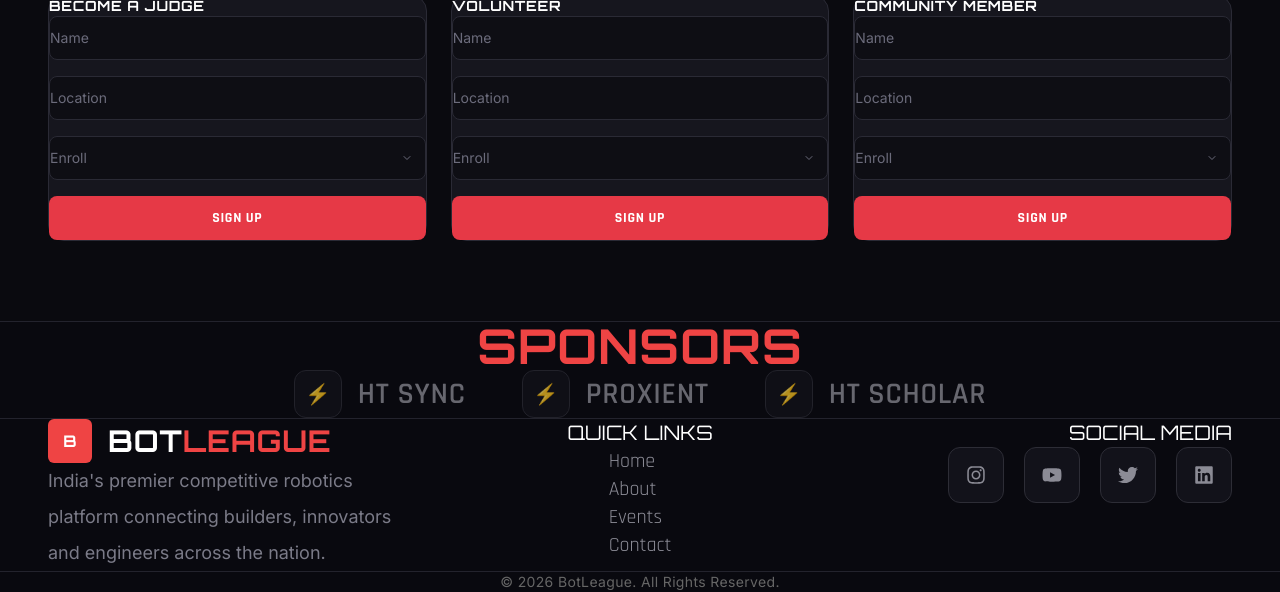
Repository: Debkumar04/botmakers-ai-shopping-assistant
Page: /
An editor plug-in stored every save of this project. The page is shown before and after the next save, followed by the edit.
The browser window is 1280 px wide. The pictures show the part of the page from y = 3354 to 4306 px (the page is 3946 px tall before and 4306 px after).
The project was rebuilt for these pictures with package versions that can differ from the ones it lists, and the page was loaded fresh each time. Also part of the build but not shown: vite.config.ts.

Above is the page before, as saved 2026-07-24 09:26:31.

### index.html
<!doctype html>
<html lang="en">
  <head>
    <meta charset="UTF-8" />
    <link rel="icon" type="image/svg+xml" href="/vite.svg" />
    <meta name="viewport" content="width=device-width, initial-scale=1.0" />
    <meta name="description" content="BotLeague - India's Ultimate Robotics Arena. Build, Compete, and Rise in the world of competitive robotics." />
    <title>BotLeague - India's Ultimate Robotics Arena</title>
    <link rel="preconnect" href="https://fonts.googleapis.com" />
    <link rel="preconnect" href="https://fonts.gstatic.com" crossorigin />
    <link href="https://fonts.googleapis.com/css2?family=Orbitron:wght@400;500;600;700;800;900&family=Rajdhani:wght@300;400;500;600;700&family=Inter:wght@300;400;500;600;700&display=swap" rel="stylesheet" />
  </head>
  <body>
    <div id="root"></div>
    <script type="module" src="/src/main.tsx"></script>
  </body>
</html>

### src/index.css
@import "tailwindcss";

@theme {
  --font-orbitron: "Orbitron", sans-serif;
  --font-rajdhani: "Rajdhani", sans-serif;
  --font-inter: "Inter", sans-serif;
  --color-bg-primary: #0a0a0f;
  --color-bg-secondary: #111118;
  --color-bg-card: #16161e;
  --color-bg-card-hover: #1e1e28;
  --color-accent: #e63946;
  --color-accent-dark: #b71c2a;
  --color-accent-glow: rgba(230, 57, 70, 0.3);
  --color-text-primary: #ffffff;
  --color-text-secondary: #a0a0b0;
  --color-text-muted: #6b6b7b;
  --color-border: #2a2a35;
  --color-border-accent: #e63946;
}

* {
  margin: 0;
  padding: 0;
  box-sizing: border-box;
}

body {
  font-family: "Inter", sans-serif;
  background-color: #0a0a0f;
  color: #ffffff;
  overflow-x: hidden;
}

::-webkit-scrollbar {
  width: 6px;
}

::-webkit-scrollbar-track {
  background: #0a0a0f;
}

::-webkit-scrollbar-thumb {
  background: #e63946;
  border-radius: 3px;
}

::selection {
  background: rgba(230, 57, 70, 0.4);
  color: #ffffff;
}

.page-container {
  max-width: 1280px;
  margin-left: auto;
  margin-right: auto;
  padding-left: 20px;
  padding-right: 20px;
}

@media (min-width: 768px) {
  .page-container {
    padding-left: 32px;
    padding-right: 32px;
  }
}

@media (min-width: 1024px) {
  .page-container {
    padding-left: 48px;
    padding-right: 48px;
  }
}

.section-py {
  padding-top: 48px;
  padding-bottom: 48px;
}

@media (min-width: 768px) {
  .section-py {
    padding-top: 64px;
    padding-bottom: 64px;
  }
}

@media (min-width: 1024px) {
  .section-py {
    padding-top: 80px;
    padding-bottom: 80px;
  }
}

.btn-primary {
  height: 44px;
  padding-left: 24px;
  padding-right: 24px;
  border-radius: 10px;
  transition: all 300ms cubic-bezier(0.4, 0, 0.2, 1);
}

.btn-primary:hover {
  transform: translateY(-2px);
}

.btn-secondary {
  height: 44px;
  padding-left: 24px;
  padding-right: 24px;
  border-radius: 10px;
  transition: all 300ms cubic-bezier(0.4, 0, 0.2, 1);
}

.btn-secondary:hover {
  transform: translateY(-2px);
}

.card-base {
  border-radius: 16px;
  border-color: #2a2a35;
  transition: all 300ms cubic-bezier(0.4, 0, 0.2, 1);
}

.page-container {
    max-width: 1280px;
    margin-inline: auto;
    padding-inline: 48px;
}

@media (max-width: 1024px) {
  .page-container {
    padding-inline: 32px;
  }
}

@media (max-width: 768px) {
  .page-container {
    padding-inline: 20px;
  }
}

### src/App.tsx
import Navbar from "./components/layout/Navbar";
import Footer from "./components/layout/Footer";
import Hero from "./components/sections/Hero";
import Competitions from "./components/sections/Competitions";
import PathToLeague from "./components/sections/PathToLeague";
import WhatIsBotLeague from "./components/sections/WhatIsBotLeague";
import Categories from "./components/sections/Categories";
import Disciplines from "./components/sections/Disciplines";
import WhyRegister from "./components/sections/WhyRegister";
import JoinEcosystem from "./components/sections/JoinEcosystem";

export default function App() {
  return (
    <div className="min-h-screen bg-[#0a0a0f]">
      <Navbar />
      <main>
        <Hero />
        <Competitions />
        <PathToLeague />
        <WhatIsBotLeague />
        <Categories />
        <Disciplines />
        <WhyRegister />
        <JoinEcosystem />
      </main>
      <Footer />
    </div>
  );
}

### src/components/layout/Footer.tsx
import { FOOTER_LINKS, SPONSORS } from "../../constants/data";
import { FaInstagram, FaYoutube, FaTwitter, FaLinkedin } from "react-icons/fa";

const socialIcons: Record<string, React.ReactNode> = {
  Instagram: <FaInstagram />,
  YouTube: <FaYoutube />,
  Twitter: <FaTwitter />,
  LinkedIn: <FaLinkedin />,
};

export default function Footer() {
  return (
    <footer className="bg-[#09090F] border-t border-[#23232d]">
      {/* Sponsors */}
      <div className="page-container pt-20">
        <h2 className="font-[Orbitron] text-center text-5xl font-bold uppercase tracking-wide">
          <span className="text-[#ef4444]">Sponsors</span>
        </h2>

        <div className="mt-10 flex flex-wrap justify-center items-center gap-14">
          {SPONSORS.map((sponsor) => (
            <div
              key={sponsor.name}
              className="flex items-center gap-4 opacity-70 hover:opacity-100 transition duration-300"
            >
              <div className="w-12 h-12 rounded-xl border border-[#2d2d36] bg-[#12121a] flex items-center justify-center">
                <span className="text-[#ef4444] text-xl">⚡</span>
              </div>

              <span className="font-[Rajdhani] text-3xl font-semibold text-[#8f8f98] uppercase tracking-wide">
                {sponsor.logo}
              </span>
            </div>
          ))}
        </div>
      </div>

      {/* Divider */}

      <div className="mt-16 border-t border-[#23232d]" />

      {/* Footer */}

      <div className="page-container py-16">
        <div className="grid lg:grid-cols-3 gap-12 items-start">
          {/* Left */}

          <div>
            <div className="flex items-center gap-4 mb-8">
              <div className="w-11 h-11 rounded-md bg-[#ef4444] flex items-center justify-center">
                <span className="font-[Orbitron] text-white font-bold">B</span>
              </div>

              <h2 className="font-[Orbitron] text-3xl font-bold tracking-wide">
                <span className="text-white">BOT</span>
                <span className="text-[#ef4444]">LEAGUE</span>
              </h2>
            </div>

            <p className="max-w-[360px] text-[#7b7b88] text-lg leading-9">
              India's premier competitive robotics platform connecting builders,
              innovators and engineers across the nation.
            </p>
          </div>

          {/* Center */}

          <div className="flex flex-col items-center">
            <h3 className="font-[Orbitron] text-white uppercase text-xl mb-8">
              Quick Links
            </h3>

            <ul className="space-y-5">
              {FOOTER_LINKS.quickLinks.map((item) => (
                <li key={item.label}>
                  <a
                    href={item.href}
                    className="text-[#8b8b95] text-xl font-[Rajdhani] hover:text-[#ef4444] transition"
                  >
                    {item.label}
                  </a>
                </li>
              ))}
            </ul>
          </div>

          {/* Right */}

          <div className="flex flex-col items-end">
            <h3 className="font-[Orbitron] text-white uppercase text-xl mb-8">
              Social Media
            </h3>

            <div className="flex gap-5">
              {FOOTER_LINKS.socialMedia.map((item) => (
                <a
                  key={item.label}
                  href={item.href}
                  className="w-14 h-14 rounded-xl border border-[#2d2d36] bg-[#12121a] flex items-center justify-center text-[#8b8b95] text-xl hover:border-[#ef4444] hover:text-[#ef4444] transition-all duration-300"
                >
                  {socialIcons[item.label]}
                </a>
              ))}
            </div>
          </div>
        </div>
      </div>

      {/* Copyright */}

      <div className="border-t border-[#23232d]">
        <div className="page-container py-6 text-center">
          <p className="text-[#666] text-sm tracking-wide">
            © 2026 BotLeague. All Rights Reserved.
          </p>
        </div>
      </div>
    </footer>
  );
}

### src/components/sections/Hero.tsx
export default function Hero() {
  return (
    <section className="relative min-h-screen flex items-center overflow-hidden">
      <div className="absolute inset-0 z-0">
        <img
          src="https://images.unsplash.com/photo-1485827404703-89b55fcc595e?w=1920&h=1080&fit=crop"
          alt="Robotics Arena"
          className="w-full h-full object-cover opacity-30"
        />
        <div className="absolute inset-0 bg-gradient-to-r from-[#0a0a0f] via-[#0a0a0f]/80 to-transparent" />
        <div className="absolute inset-0 bg-gradient-to-t from-[#0a0a0f] via-transparent to-[#0a0a0f]/60" />
        <div className="absolute top-0 right-0 w-1/2 h-full bg-gradient-to-l from-[#e63946]/10 to-transparent" />
        <div className="absolute bottom-0 left-1/4 w-96 h-96 bg-[#e63946]/5 rounded-full blur-[120px]" />
      </div>

      <div className="relative z-10 page-container py-12 flex flex-col justify-center min-h-[calc(100vh-80px)]">
        <div className="max-w-[600px] mx-auto text-center flex flex-col items-center">
          <div className="inline-flex items-center gap-2 px-4 py-1.5 bg-[#e63946]/10 border border-[#e63946]/30 rounded-full mb-[20px]">
            <span className="w-2 h-2 bg-[#e63946] rounded-full animate-pulse" />
            <span className="font-[Rajdhani] text-[#e63946] text-xs font-semibold uppercase tracking-widest">
              Season 2026 Live
            </span>
          </div>

          <h1 className="font-[Orbitron] text-4xl sm:text-5xl md:text-6xl lg:text-7xl font-black text-white leading-[1.1] mb-[24px]">
            INDIA&apos;S ULTIMATE{" "}
            <span className="text-[#e63946]">ROBOTICS</span>{" "}
            <span className="block">ARENA</span>
          </h1>

          <p className="font-[Rajdhani] text-lg md:text-xl text-[#a0a0b0] font-medium mb-[36px] leading-relaxed">
            Build. Compete. Rise. The Nation&apos;s
            <br />
            Premier Robotics Platform for Builders.
          </p>

          <div className="flex flex-wrap gap-[16px] justify-center items-center">
            <a
              href="#events"
              className="group relative inline-flex items-center justify-center gap-2 px-[24px] h-[44px] bg-[#e63946] font-[Rajdhani] text-white text-base font-bold uppercase tracking-wider rounded-[10px] overflow-hidden transition-all duration-300 hover:bg-[#b71c2a] hover:-translate-y-[2px] hover:shadow-[0_0_30px_rgba(230,57,70,0.4)]"
            >
              <span className="relative z-10">Join Now</span>
              <span className="relative z-10 group-hover:translate-x-1 transition-transform">→</span>
            </a>
            <a
              href="#about"
              className="inline-flex items-center justify-center gap-2 px-[24px] h-[44px] border border-[#2a2a35] font-[Rajdhani] text-white text-base font-bold uppercase tracking-wider rounded-[10px] hover:border-[#e63946]/50 hover:bg-[#e63946]/5 hover:-translate-y-[2px] transition-all duration-300"
            >
              Explore
            </a>
          </div>
        </div>
      </div>

      <div className="absolute bottom-0 left-0 w-full h-px bg-gradient-to-r from-transparent via-[#e63946]/50 to-transparent" />
    </section>
  );
}

### src/components/sections/PathToLeague.tsx
import { PATH_STEPS } from "../../constants/data";
import SectionHeading from "../ui/SectionHeading";
import { FaWrench, FaTrophy, FaStar, FaChartLine, FaCrown } from "react-icons/fa";

const iconMap: Record<string, React.ReactNode> = {
  wrench: <FaWrench />,
  trophy: <FaTrophy />,
  star: <FaStar />,
  "trending-up": <FaChartLine />,
  crown: <FaCrown />,
};

export default function PathToLeague() {
  return (
    <section className="section-py bg-[#111118] relative">
      <div className="absolute top-0 left-0 w-full h-px bg-gradient-to-r from-transparent via-[#2a2a35] to-transparent" />

      <div className="page-container">
        <SectionHeading tag="Getting Started" title="Your Path to" highlight="the League" />

        {/* Timeline — max-width 1200px, centered */}
        <div className="mt-10 mx-auto relative" style={{ maxWidth: "1200px" }}>

          {/* Horizontal connector line — runs center-to-center of first and last circle.
              Each of 5 equal cols is 20% wide; circle center sits at 10% and 90%. */}
          <div
            className="hidden lg:block absolute h-px bg-gradient-to-r from-[#e63946]/20 via-[#e63946]/40 to-[#e63946]/20"
            style={{ top: "40px", left: "10%", right: "10%" }}
          />

          {/* Five steps — equal columns, no extra gap on desktop */}
          <div className="grid grid-cols-2 sm:grid-cols-3 lg:grid-cols-5 gap-6 lg:gap-0">
            {PATH_STEPS.map((step, index) => (
              <div
                key={step.title}
                className="flex flex-col items-center text-center group"
              >
                {/* Circle — 80px, badge 24px */}
                <div className="relative shrink-0">
                  <div className="w-[80px] h-[80px] rounded-full bg-[#16161e] border-2 border-[#2a2a35] flex items-center justify-center text-2xl text-[#e63946] group-hover:border-[#e63946] group-hover:shadow-[0_0_20px_rgba(230,57,70,0.3)] transition-all duration-300">
                    {iconMap[step.icon]}
                  </div>
                  <span className="absolute -top-1.5 -right-1.5 w-[24px] h-[24px] bg-[#e63946] rounded-full flex items-center justify-center text-white text-xs font-[Rajdhani] font-bold">
                    {index + 1}
                  </span>
                </div>

                {/* Heading — 16px below circle */}
                <h3 className="font-[Orbitron] text-xs font-bold text-white uppercase tracking-wider mt-[16px]">
                  {step.title}
                </h3>

                {/* Description — 8px below heading */}
                <p className="font-[Inter] text-[#6b6b7b] text-xs leading-relaxed mt-[8px]">
                  {step.description}
                </p>
              </div>
            ))}
          </div>
        </div>
      </div>
    </section>
  );
}

### src/components/sections/WhatIsBotLeague.tsx
import { FEATURES } from "../../constants/data";
import SectionHeading from "../ui/SectionHeading";

export default function WhatIsBotLeague() {
  return (
    <section id="about" className="section-py bg-[#0a0a0f] relative">
      <div className="absolute top-0 left-0 w-full h-px bg-gradient-to-r from-transparent via-[#2a2a35] to-transparent" />

      <div className="page-container">
        <SectionHeading title="What is" highlight="BotLeague?" />

        {/* gap-[24px], equal-height rows via items-stretch */}
        <div className="grid grid-cols-1 sm:grid-cols-2 gap-[24px] mt-12">
          {FEATURES.map((feature) => (
            <div
              key={feature.title}
              className="group flex items-start gap-4 p-[20px] bg-[#16161e] border border-[#2a2a35] rounded-[16px] hover:border-[#e63946]/30 transition-all duration-300 h-full"
            >
              {/* Number box — shrink-0 keeps it from squishing, no vertical stretch */}
              <div className="shrink-0 w-10 h-10 bg-[#e63946]/10 border border-[#e63946]/20 rounded-lg flex items-center justify-center">
                <span className="font-[Orbitron] text-[#e63946] text-base font-bold">
                  {feature.number}
                </span>
              </div>

              {/* Text block — heading top-aligns with the number box */}
              <div className="min-w-0">
                <h3 className="font-[Orbitron] text-sm font-bold text-white uppercase tracking-wider">
                  {feature.title}
                </h3>
                <p className="font-[Inter] text-[#6b6b7b] text-sm leading-relaxed mt-2 max-w-[90%]">
                  {feature.description}
                </p>
              </div>
            </div>
          ))}
        </div>
      </div>
    </section>
  );
}

### src/components/sections/Categories.tsx
import { CATEGORIES } from "../../constants/data";
import SectionHeading from "../ui/SectionHeading";

export default function Categories() {
  return (
    <section id="categories" className="section-py bg-[#111118] relative">
      <div className="absolute top-0 left-0 w-full h-px bg-gradient-to-r from-transparent via-[#2a2a35] to-transparent" />

      <div className="page-container">
        <SectionHeading title="CATEGORIES" />

        <div className="grid grid-cols-2 lg:grid-cols-4 gap-[24px] mt-12">
          {CATEGORIES.map((category) => (
            <div
              key={category.title}
              className="group relative p-[24px] bg-[#16161e] border border-[#2a2a35] rounded-[16px] flex flex-col items-center text-center hover:border-opacity-60 transition-all duration-300 overflow-hidden h-full"
              style={{
                ["--cat-color" as string]: category.color,
              }}
            >
              <div
                className="absolute inset-0 opacity-0 group-hover:opacity-100 transition-opacity duration-500"
                style={{
                  background: `radial-gradient(circle at center, ${category.color}08 0%, transparent 70%)`,
                }}
              />
              <div className="relative z-10 flex flex-col items-center w-full">
                <div
                  className="w-16 h-16 shrink-0 rounded-2xl flex items-center justify-center text-3xl border"
                  style={{
                    backgroundColor: `${category.color}15`,
                    borderColor: `${category.color}30`,
                  }}
                >
                  {category.icon}
                </div>
                <h3 className="font-[Orbitron] text-sm font-bold text-white uppercase tracking-wider mt-[20px]">
                  {category.title}
                </h3>
                <p className="font-[Rajdhani] text-[#6b6b7b] text-sm font-medium mt-[10px]">
                  {category.age}
                </p>
              </div>
            </div>
          ))}
        </div>
      </div>
    </section>
  );
}

### src/components/sections/Disciplines.tsx
import { DISCIPLINES } from "../../constants/data";
import SectionHeading from "../ui/SectionHeading";

export default function Disciplines() {
  return (
    <section id="disciplines" className="section-py bg-[#0a0a0f] relative">
      <div className="absolute top-0 left-0 w-full h-px bg-gradient-to-r from-transparent via-[#2a2a35] to-transparent" />

      <div className="page-container">
        <SectionHeading tag="Events" title="Competition" highlight="Disciplines" />

        <div className="grid grid-cols-2 sm:grid-cols-3 lg:grid-cols-5 gap-[24px] mt-12">
          {DISCIPLINES.map((discipline) => (
            <div
              key={discipline.title}
              className="group relative rounded-[16px] overflow-hidden aspect-[16/10] sm:aspect-[4/5] cursor-pointer card-base border border-[#2a2a35] h-full"
            >
              <img
                src={discipline.image}
                alt={discipline.title}
                className="w-full h-full object-cover group-hover:scale-110 transition-transform duration-500"
              />
              <div className="absolute inset-0 bg-gradient-to-t from-[#0a0a0f] via-[#0a0a0f]/40 to-transparent" />
              <div className="absolute inset-0 bg-[#e63946]/0 group-hover:bg-[#e63946]/10 transition-colors duration-300" />
              <div className="absolute bottom-0 left-0 right-0 p-[16px]">
                <h3 className="font-[Orbitron] text-xs sm:text-sm font-bold text-white uppercase tracking-wider">
                  {discipline.title}
                </h3>
              </div>
              <div className="absolute top-3 right-3 w-8 h-8 bg-[#e63946]/80 rounded-full flex items-center justify-center opacity-0 group-hover:opacity-100 transition-opacity duration-300">
                <span className="text-white text-xs">→</span>
              </div>
            </div>
          ))}
        </div>
      </div>
    </section>
  );
}

### src/components/ui/SectionHeading.tsx
interface SectionHeadingProps {
  tag?: string;
  title: string;
  highlight?: string;
  centered?: boolean;
}

export default function SectionHeading({
  tag,
  title,
  highlight,
  centered = true,
}: SectionHeadingProps) {
  return (
    <div className={centered ? "text-center" : ""}>
      {tag && (
        <span className="inline-block font-[Rajdhani] text-[#e63946] text-xs font-semibold uppercase tracking-[0.3em] mb-2">
          {tag}
        </span>
      )}
      <h2 className="font-[Orbitron] text-2xl md:text-3xl lg:text-4xl font-bold text-white">
        {title}{" "}
        {highlight && <span className="text-[#e63946]">{highlight}</span>}
      </h2>
    </div>
  );
}

Loaded but not shown: src/main.tsx (common file); src/constants/data.ts (189 lines, source omitted); src/components/layout/Navbar.tsx (115 lines, source omitted); src/components/sections/WhyRegister.tsx (91 lines, source omitted); src/components/sections/Competitions.tsx (95 lines, source omitted); src/components/sections/JoinEcosystem.tsx (75 lines, source omitted)

After the next save:
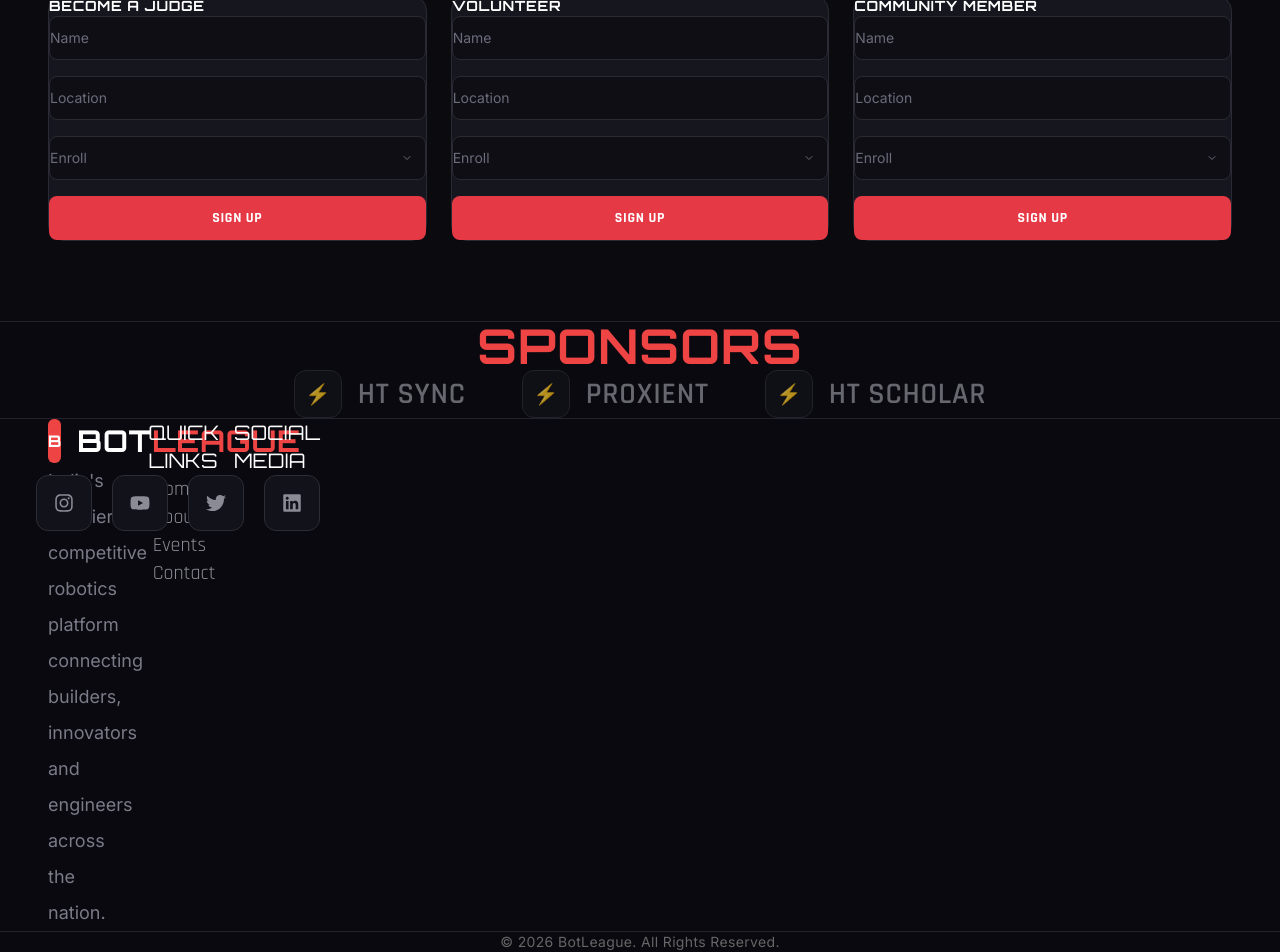
Saved 3 min 49 s later.
--- a/src/components/layout/Footer.tsx
+++ b/src/components/layout/Footer.tsx
@@ -42,7 +42,7 @@ export default function Footer() {
       {/* Footer */}
 
       <div className="page-container py-16">
-        <div className="grid lg:grid-cols-3 gap-12 items-start">
+        <div className="grid grid-cols-1 lg:grid-cols-12 gap-8 items-start">
           {/* Left */}
 
           <div>
